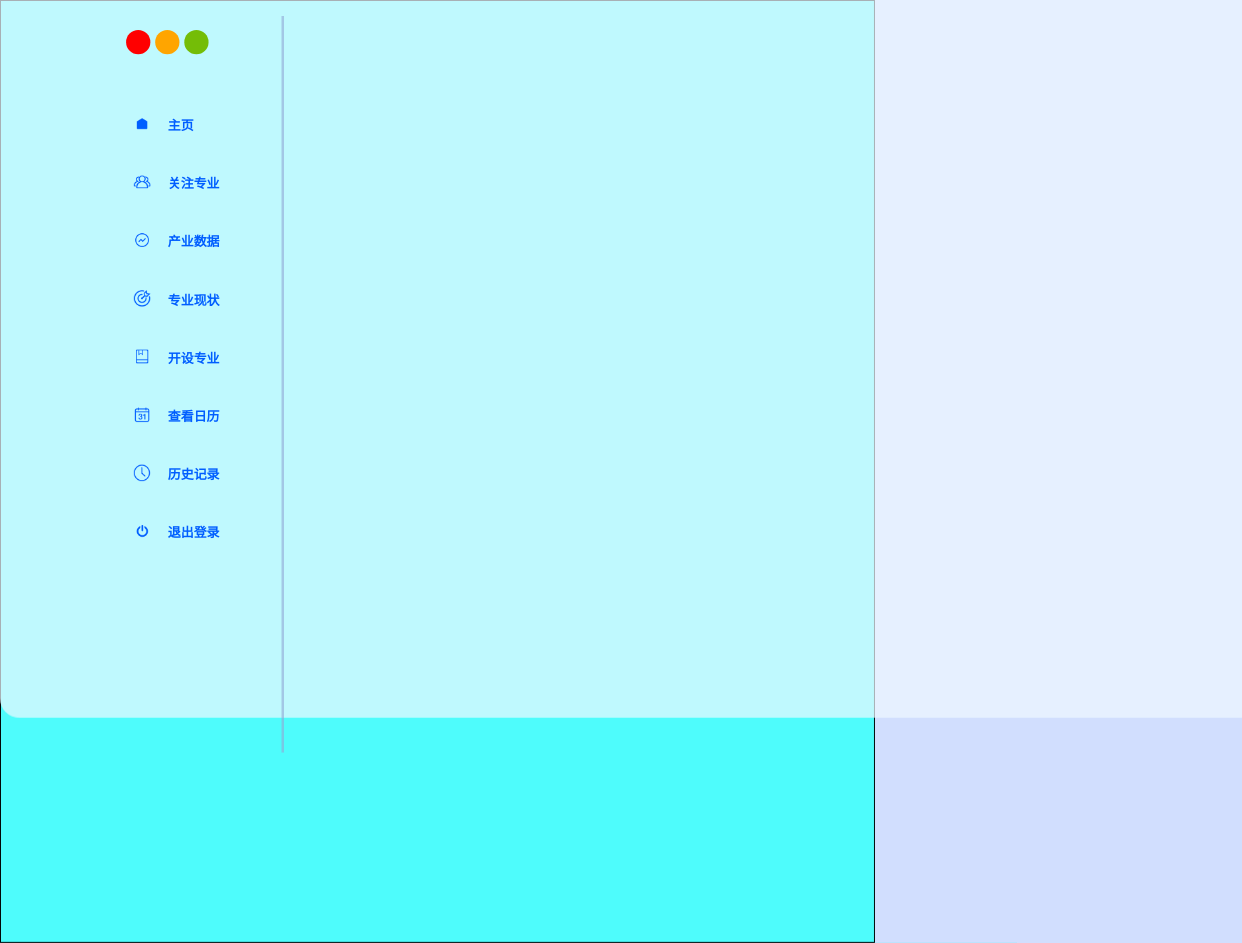
Repository: akaCSDN/test
Page: 2.1主页.html
The author's editor kept a copy of each file at every save. The page is drawn from the files as they stood at one save, then again after the next save.
The browser window is 1280 px wide. The pictures show the whole page, at 97% of full size.

Above is the page before, as saved 2022-12-03 21:59:12.

### 2.1主页.html
<!DOCTYPE html>
<html lang="en">
<head>
    <meta charset="UTF-8">
    <meta http-equiv="X-UA-Compatible" content="IE=edge">
    <meta name="viewport" content="width=device-width, initial-scale=1.0,minimum-scale=1.0,maximum-scale=1.0,user-scal=no">
    <title>Document</title>
    <script src="./JS/jquery-3.6.0.js"></script>
    <style type="text/css">
        *{
            margin: 0;
            padding: 0;
            border: 0;
        }
        .main{
            width: 1300px;
            height: 760px;
            /* border: 1px solid black; */
            border-radius: 20px;
            background-color: aliceblue;
            opacity: 0.7;
            position: fixed;
            top: 0;
            right: 0;
            bottom: 0;
            left: 0;
            margin: auto;

        }
        .left{
            width: 190px;
            height: 760px;
            border-radius: 20px 0px 0px 20px;
            border-right: 3px solid rgba(146, 169, 213, 0.622);
            /* border: 1px solid black; */
            position: absolute;
            margin-left: 100px;
            margin-top: 16px;
            position: fixed;
        }
        .circle-point{
            width: 100px;
            height: 30px;
            /* border: 1px solid black; */
            margin-left: 25px;
            margin-top: 15px;
        }
        .circle-point div{
            width: 25px;
            height: 25px;
            border-radius: 100% 100% 100% 100%;
            float: left;
            opacity: 1;
            /* position: absolute; */
            margin-left: 5px;

        }
        .button{
            width: auto;
            height: auto;
            /* border: 1px solid black; */
            margin-top: 50px;


        }
        .button li{
            list-style-type: none;
            /* border: 1px solid black; */
            margin-top: 25px;
            width: 150px;
            margin-left: 13px;
            border-radius: 10px;
            /* background-color: rgb(255, 255, 255); */
            /* display:none ; */

        }
        .button button{
            width: 90px;
            height: 35px;
            text-align: left;
            margin-left: 60px;
            /* color: rgba(0, 94, 255, 0.909); */
            color: #005EFF;
            font-weight: 600;
            /* margin-top: 30px; */
            background: none;
            pointer-events: fill;


        }
        .button img{
            width: 17px;
            height: 17px;
            position: absolute;
            margin-top: 8px;
            margin-left: 25px;
        }
        .right{
            width: 900px;
            height: 970px;
            border: 1px solid black;
            background-color: rgb(78, 252, 252);
        }
    </style>
</head>
<body style="background-color: rgb(209, 222, 254);">

    <div class="main">
    </div>
    <div class="left">
        <div class="circle-point">
            <div style="background-color: red;"></div>
            <div style="background-color: orange;"></div>
            <div style="background-color:rgb(116, 189, 7);"></div>
        </div>
        <div class="button">
                <li><img src="./icon/主页.png" alt=""><button>主页</button></li>
                <li><img src="./icon/专业.png" alt=""><button>关注专业</button></li>
                <li><img src="./icon/数据.png" alt=""><button>产业数据</button></li>
                <li><img src="./icon/现状.png" alt=""><button>专业现状</button></li>
                <li><img src="./icon/开设.png" alt=""><button>开设专业</button></li>
                <li><img src="./icon/日历.png" alt=""><button>查看日历</button></li>
                <li><img src="./icon/历史.png" alt=""><button>历史记录</button></li>
                <li><img src="./icon/退出.png" alt=""><button>退出登录</button></li>
        </div>
    </div>
    <div class="right">

    </div>


</body>
<script>
    $(document).ready(function(){
            $(".button li").mouseover(function(){
                $(this).css("background-color","white")


        })

        $(".button li").mouseleave(function(){
                $(this).css("background","none")
        })
        $(".button li").click(function(){
            var name=$(this).text();
            switch (name) {
                case '关注专业':

                    break;

                default:
                    break;
            }
        })

    })
</script>
</html>

Loaded but not shown: JS/jquery-3.6.0.js (library)

After the next save:
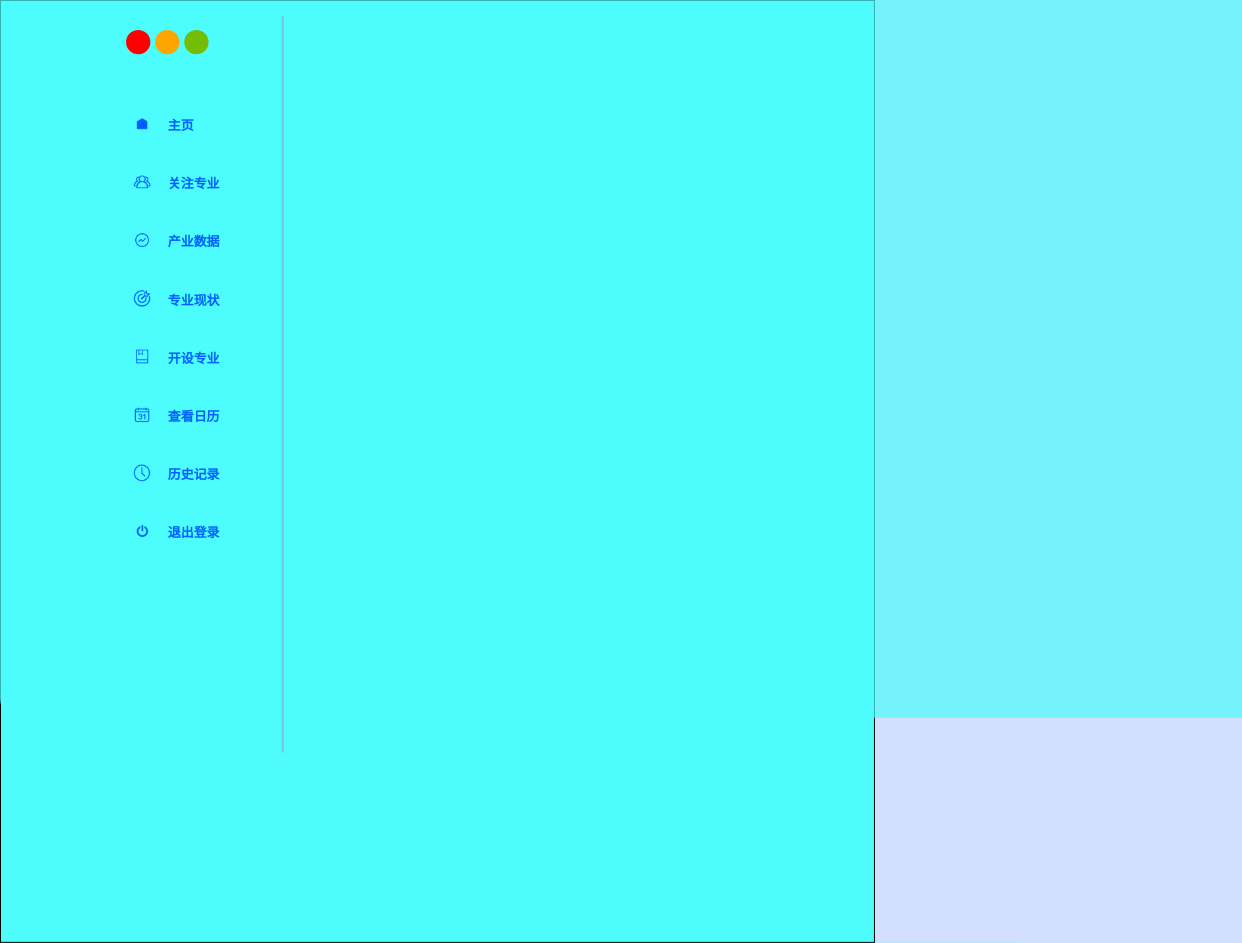
Saved 6 s later.
--- a/2.1主页.html
+++ b/2.1主页.html
@@ -17,7 +17,7 @@
             height: 760px;
             /* border: 1px solid black; */
             border-radius: 20px;
-            background-color: aliceblue;
+            background-color: rgb(78, 252, 252);
             opacity: 0.7;
             position: fixed;
             top: 0;

After the save that followed:
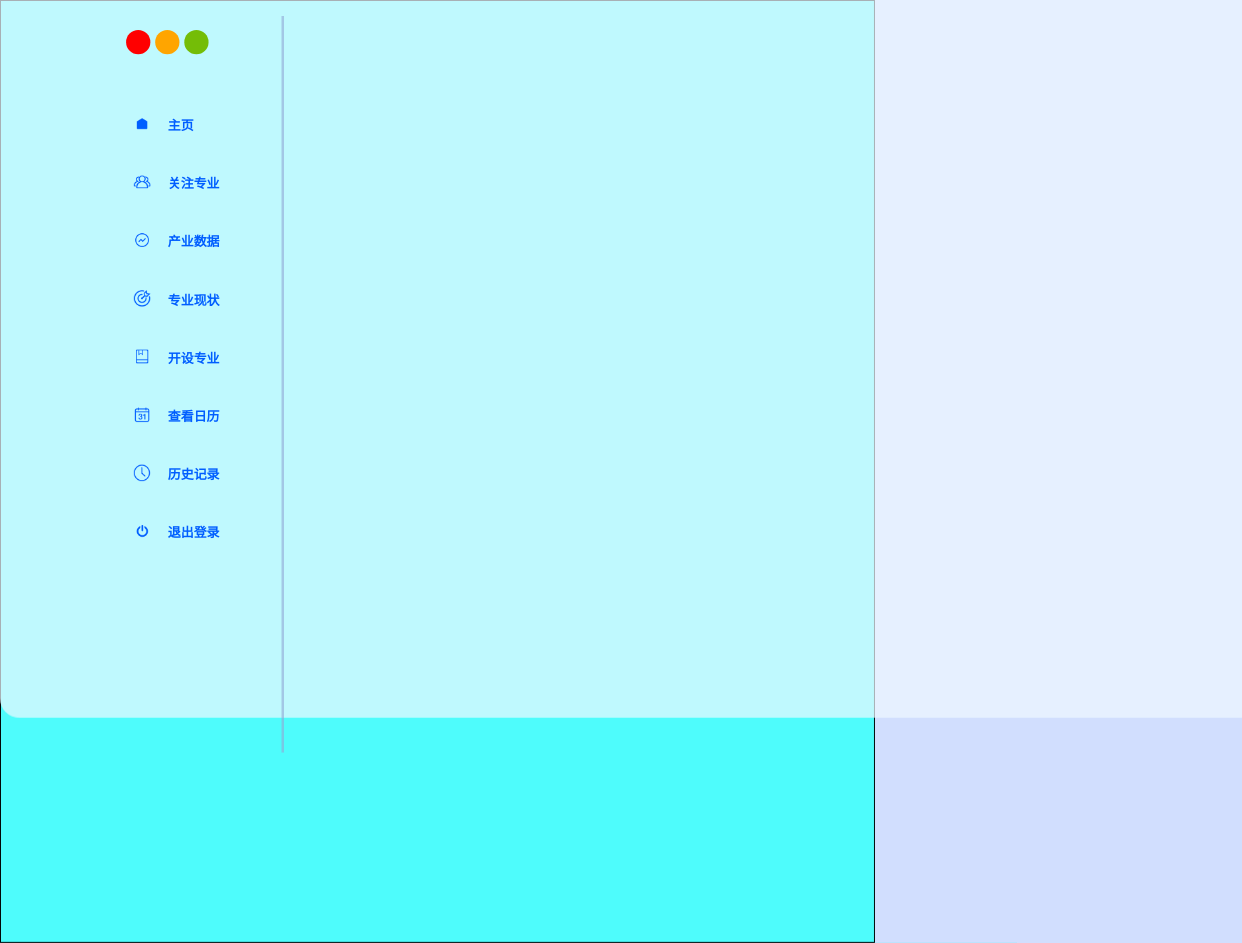
Saved 11 s later.
--- a/2.1主页.html
+++ b/2.1主页.html
@@ -17,7 +17,7 @@
             height: 760px;
             /* border: 1px solid black; */
             border-radius: 20px;
-            background-color: rgb(78, 252, 252);
+            background-color: aliceblue;
             opacity: 0.7;
             position: fixed;
             top: 0;
